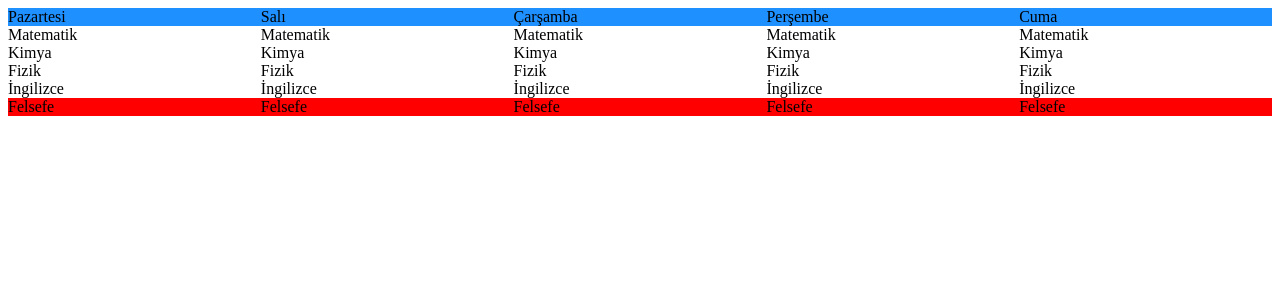
Repository: ahmetbugraozcan/css-ders-programi
Page: deneme.html
These files come from the project's save history. The page is drawn as it stood at one moment and after the next save; the edit follows.
The browser window is 1280 px wide. The pictures show the whole page.

Above is the page before, as saved 2021-07-10 09:26:27.

After the next save:
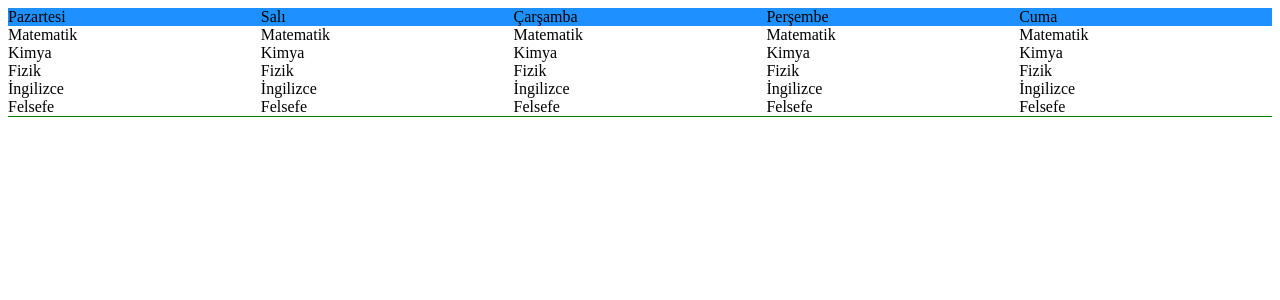
Saved 13 s later.
--- a/deneme.html
+++ b/deneme.html
@@ -19,7 +19,7 @@
     }
 
     .col :last-child {
-        background-color: red;
+        border-bottom: 1px solid green;
     }
 
     .col {
